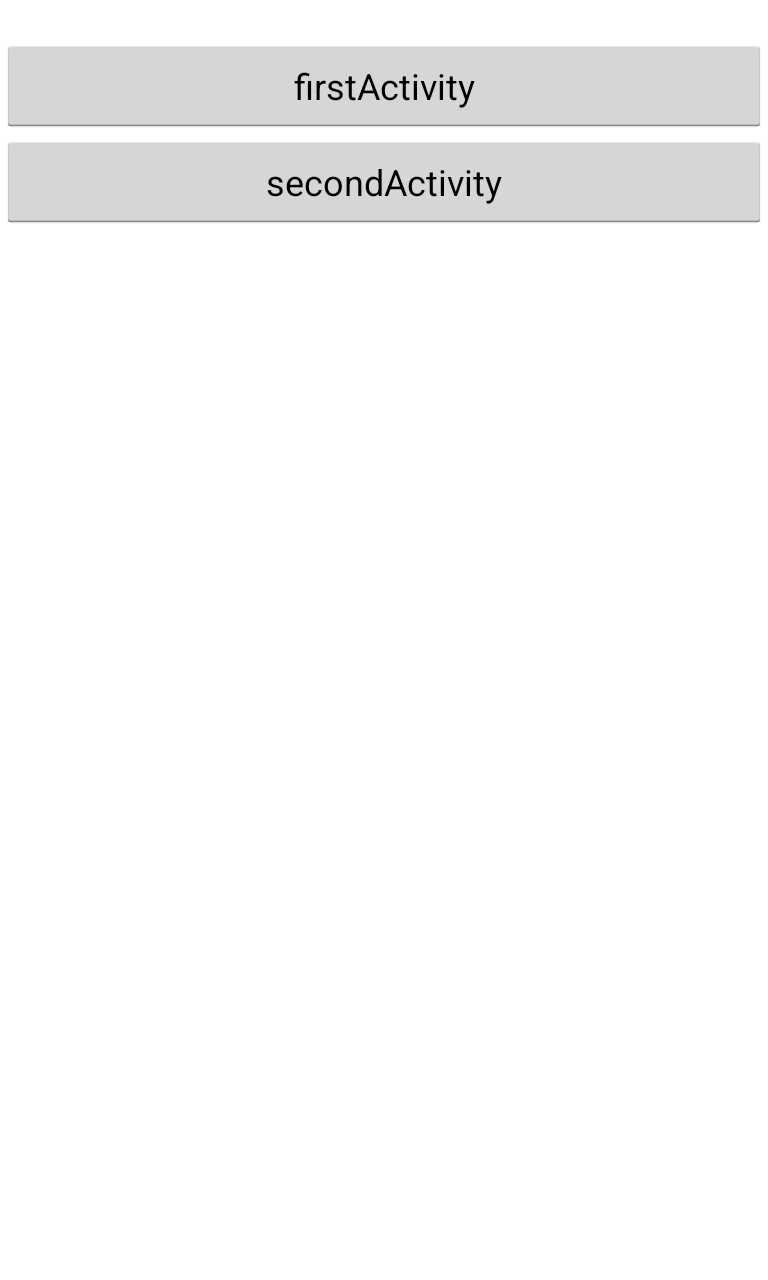
Repository: pajamasi726/AndroidExample
Layout: AndroidExample/Exam21_TopActivityInfo/res/layout/activity_main.xml
An editor plug-in stored every save of this project. The layout is shown before and after the next save, followed by the edit.
It is drawn on a 768 x 1280 px phone screen (xhdpi) without system bars, with theme AppTheme; the app's code is not run.

Above is the layout before, as saved 2016-03-28 04:46:06.

### AndroidExample/Exam21_TopActivityInfo/res/layout/activity_main.xml
<RelativeLayout xmlns:android="http://schemas.android.com/apk/res/android"
    xmlns:tools="http://schemas.android.com/tools"
    android:layout_width="match_parent"
    android:layout_height="match_parent"
    tools:context="${relativePackage}.${activityClass}" >

    <TextView
        android:id="@+id/MainTV"
        android:layout_width="wrap_content"
        android:layout_height="wrap_content"
        android:layout_alignParentLeft="true"
        android:layout_alignParentRight="true"
        android:text=""/>

    <Button
        android:id="@+id/button1"
        android:layout_width="wrap_content"
        android:layout_height="wrap_content"
        android:layout_alignParentLeft="true"
        android:layout_alignParentRight="true"
        android:layout_below="@+id/MainTV"
        android:onClick="onClick"
        android:text="firstActivity" />

    <Button
        android:id="@+id/button2"
        android:layout_width="wrap_content"
        android:layout_height="wrap_content"
        android:layout_alignParentLeft="true"
        android:layout_alignParentRight="true"
        android:layout_below="@+id/button1"
        android:onClick="onClick"
        android:text="secondActivity" />

</RelativeLayout>

Loaded but not shown: AndroidExample/Exam21_TopActivityInfo/res/values/styles.xml (common file); AndroidExample/Exam21_TopActivityInfo/res/values-v11/styles.xml (common file); AndroidExample/Exam21_TopActivityInfo/res/values-v14/styles.xml (common file)

After the next save:
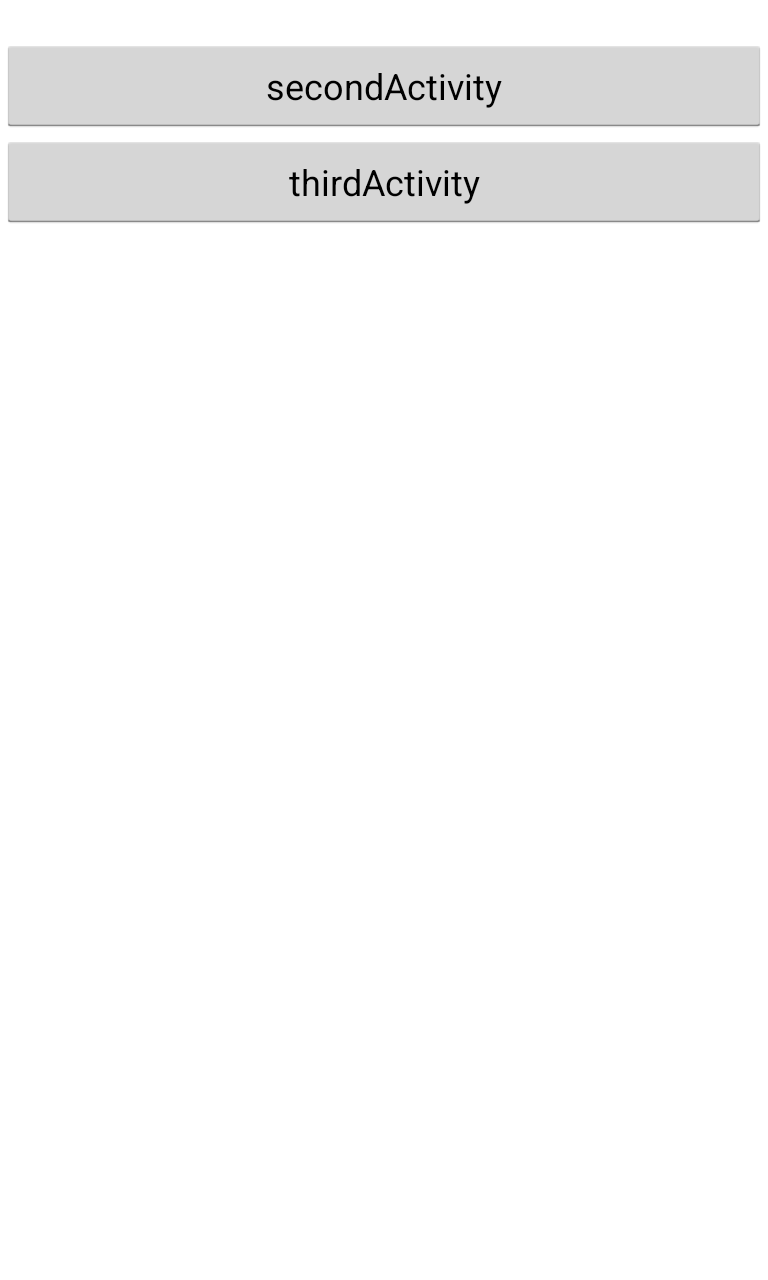
Saved 12 s later.
--- a/AndroidExample/Exam21_TopActivityInfo/res/layout/activity_main.xml
+++ b/AndroidExample/Exam21_TopActivityInfo/res/layout/activity_main.xml
@@ -20,7 +20,7 @@
         android:layout_alignParentRight="true"
         android:layout_below="@+id/MainTV"
         android:onClick="onClick"
-        android:text="firstActivity" />
+        android:text="secondActivity" />
 
     <Button
         android:id="@+id/button2"
@@ -30,6 +30,6 @@
         android:layout_alignParentRight="true"
         android:layout_below="@+id/button1"
         android:onClick="onClick"
-        android:text="secondActivity" />
+        android:text="thirdActivity" />
 
 </RelativeLayout>
